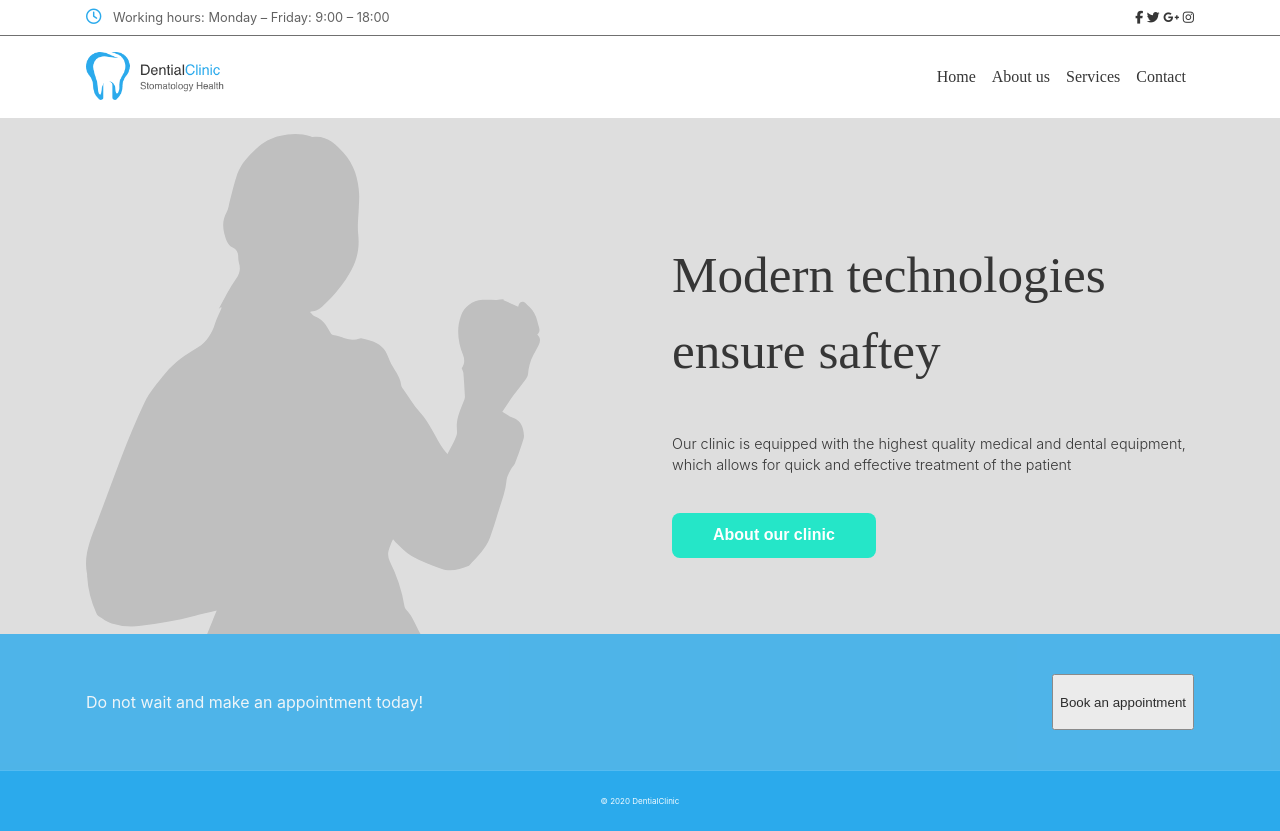
Repository: skepp4rn/uppgift1
Page: index.html
These files come from the project's save history. The page is drawn as it stood at one moment and after the next save; the edit follows.
The browser window is 1280 px wide. The pictures show the whole page.
Some web libraries are served in a nearby version.

Above is the page before, as saved 2020-12-03 14:39:34.

After the next save:
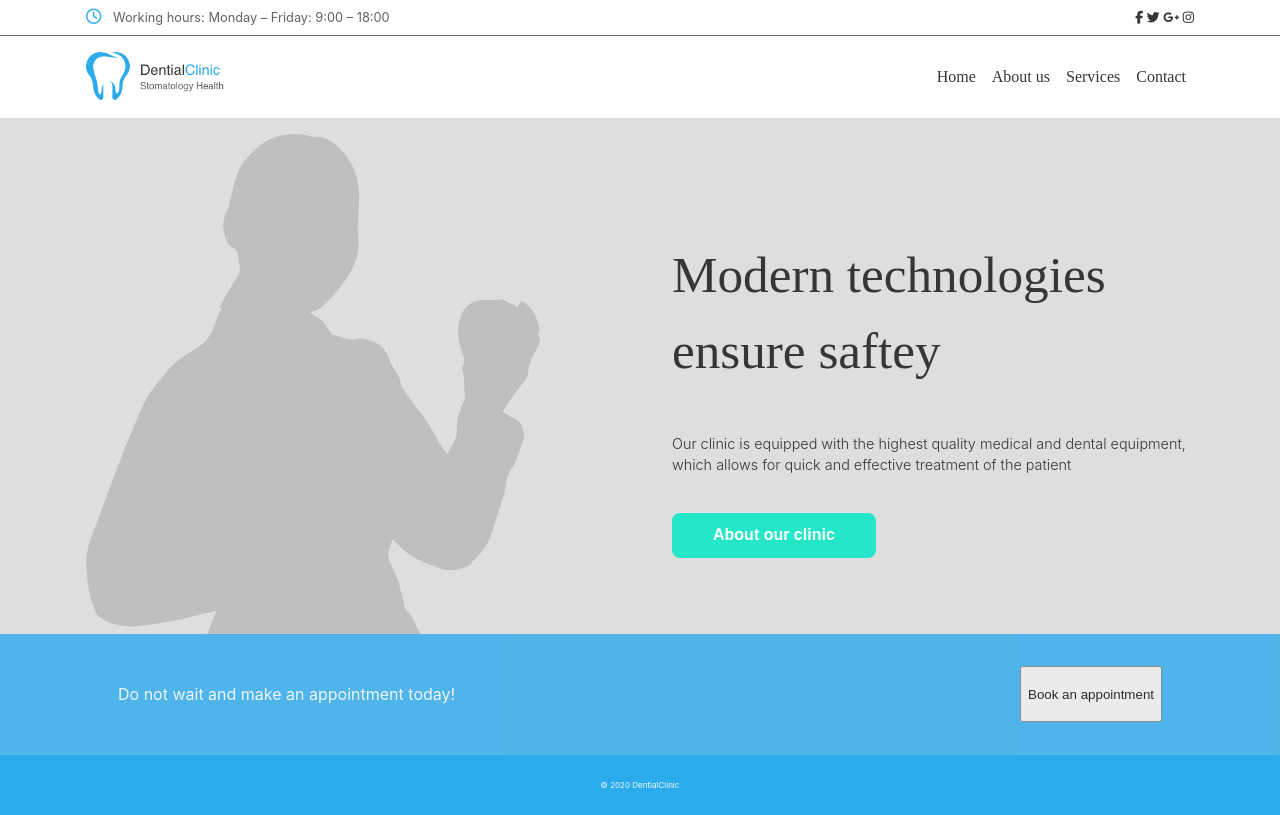
Saved 2 min 56 s later.
--- a/style.css
+++ b/style.css
@@ -231,6 +231,10 @@ footer {
 }
 
 
+
+
+
+
 @media (min-width: 768px) {
     .container {
         max-width: 720px;
@@ -239,13 +243,9 @@ footer {
     .center-content {
         display: flex;
         justify-content: space-between;
-    }
-}
-
-
-
-
-
+        padding: 2rem;
+    }
+}
 
 
 
